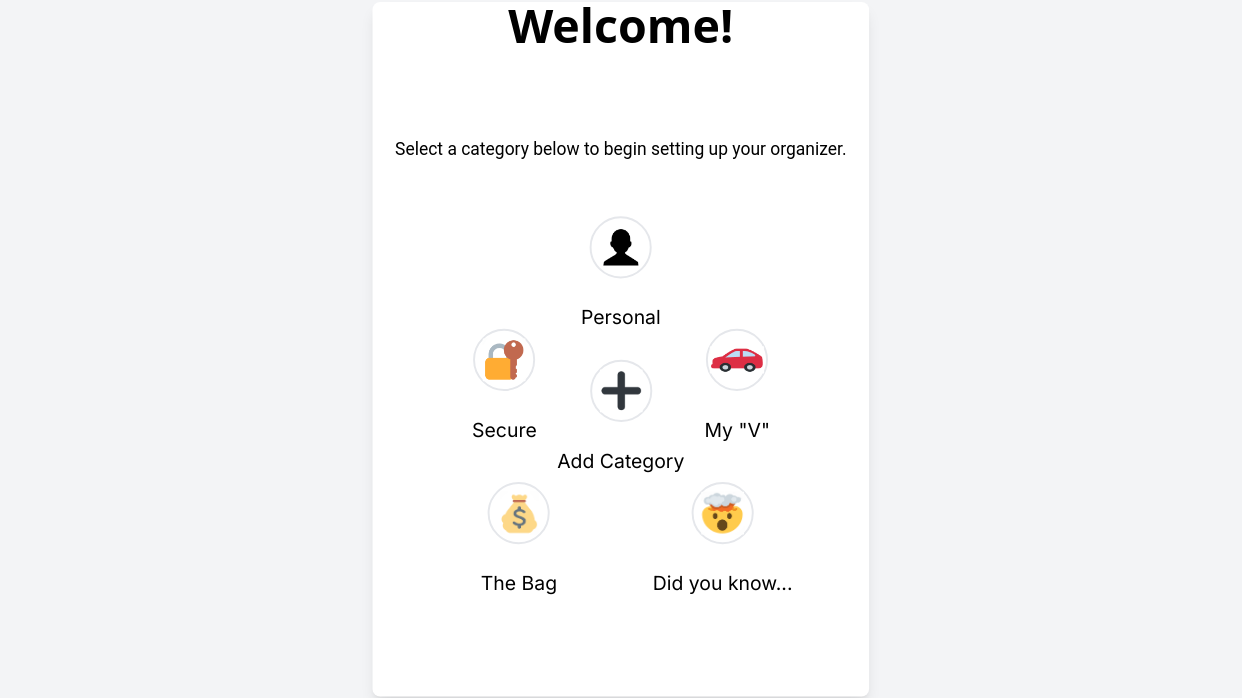
Repository: MercyB19/Russaw_Mercy_Adulting-101_Capstone
Page: page2.html
These files come from the project's save history. The page is drawn as it stood at one moment and after the next save; the edit follows.
The browser window is 1280 px wide. The pictures show the whole page, at 97% of full size.
Some web fonts or font styles are not loaded; a fallback is used.

Above is the page before, as saved 2024-07-23 20:42:53.

After the next save:
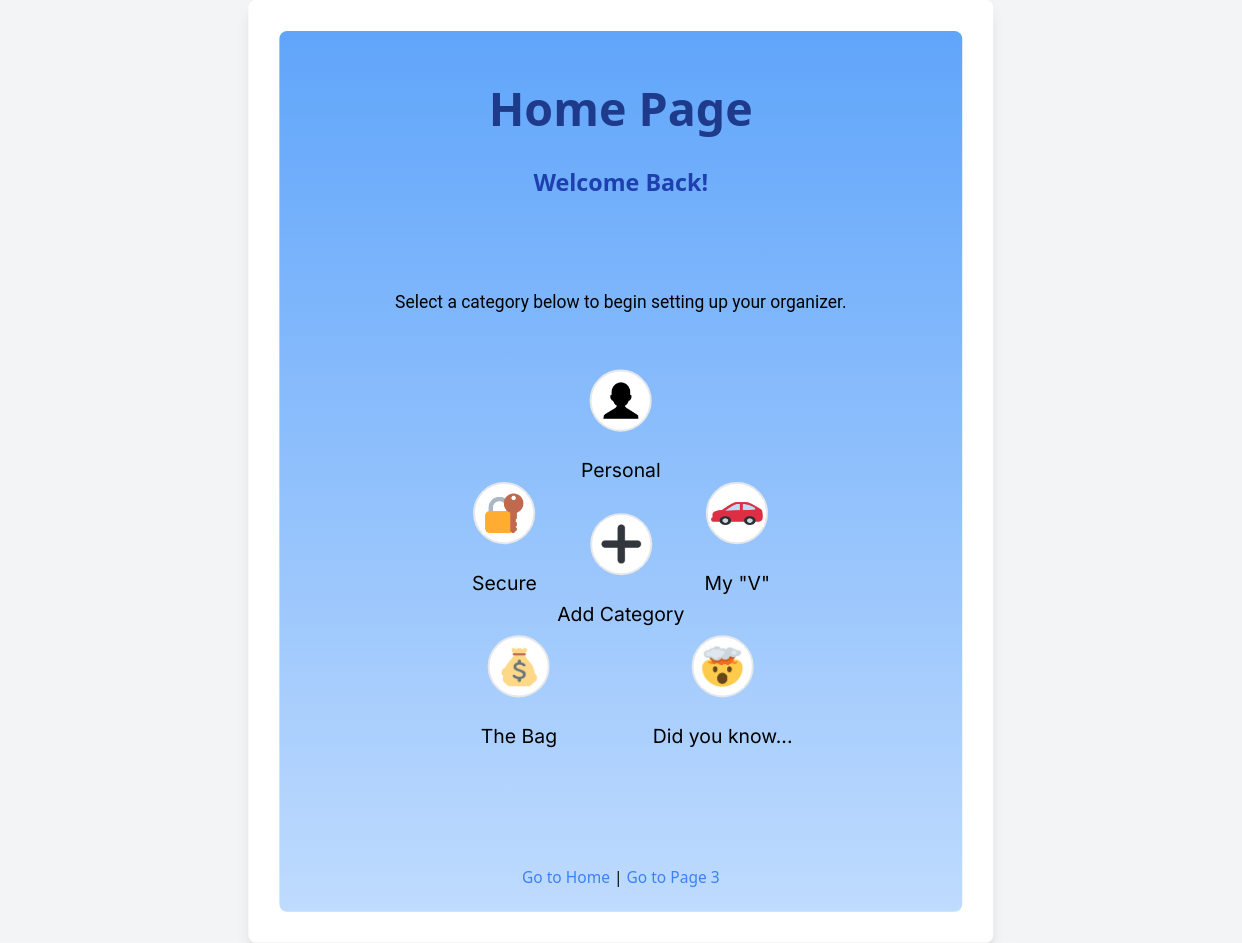
Saved 4 h 52 min later.
--- a/page2.html
+++ b/page2.html
@@ -66,11 +66,13 @@
 </head>
 
 <body class="bg-gray-100 flex justify-center items-center min-h-screen">
-  <div class="w-full max-w-lg bg-white rounded-lg shadow-lg">
-    <header class="text-center mb-6">
-      <div class="text-5xl font-bold text-">Welcome!</div>
-    </header>
-    <div class="text-center mb-8">
+  <div class="w-full max-w-screen-md p-8 bg-white rounded-lg shadow-lg">
+    <div class="bg-gradient-to-b from-blue-400 via-teal-300 to-blue-200 p-6 rounded-lg">
+      <header class="text-center mb-6">
+        <div class="text-5xl font-bold text-blue-900 bg-gradient-to-rt from-gray-100 via-blue-800 to-gray-400 bg-clip-text text-transparent p-8">Home Page</div>
+        <div class="text-2xl font-bold text-blue-800 p-1  ">Welcome Back!</div>
+      </header>
+    <div class="text-center mb- 8">
       <p class="icon-title text-lg" style="font-family: 'Roboto', sans-serif;">Select a category below to begin setting up your organizer.</p>
     </div>
     <div class="pentagon-layout">
@@ -111,6 +113,10 @@
         <p class="icon-title text-xl" style="font-family: 'Inter', sans-serif;">Did you know...</p>
       </div>
     </div>
+    <div class="text-center mt-4">
+      <a href="index.html" class="text-blue-500 hover:underline">Go to Home</a> |
+      <a href="page3.html" class="text-blue-500 hover:underline">Go to Page 3</a>
+    </div>
   </div>
 </body>
 
